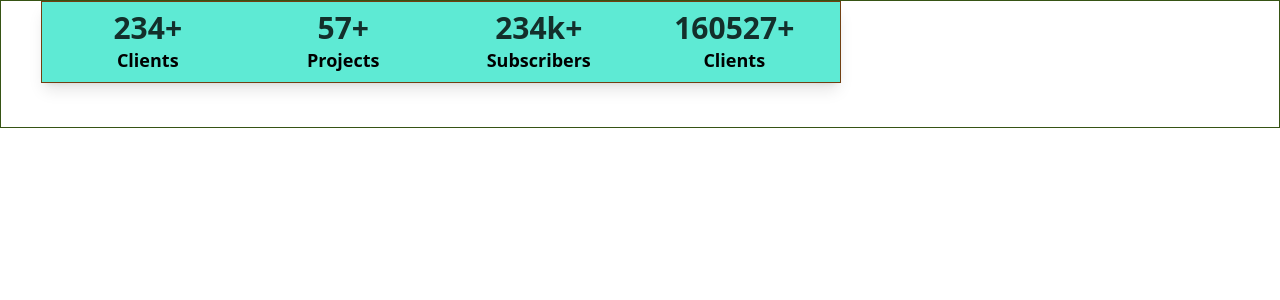
Repository: Kish202/Coz-Marketing-Site
Page: / (app in frontend/)
The author's editor kept a copy of each file at every save. The page is drawn from the files as they stood at one save, then again after the next save.
The browser window is 1280 px wide. The pictures show the whole page.
The project was rebuilt for these pictures with package versions that can differ from the ones it lists, and the page was loaded fresh each time. Also part of the build but not shown: frontend/vite.config.js.

Above is the page before, as saved 2025-03-09 12:23:52.

After the next save:
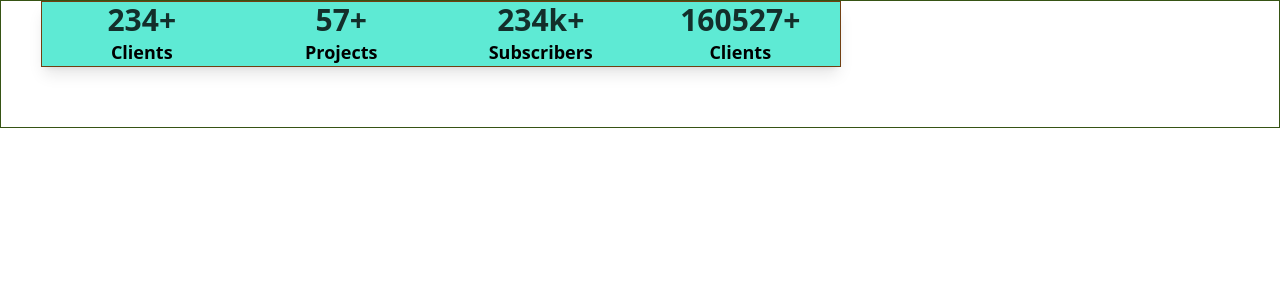
Saved 25 s later.
--- a/frontend/src/components/Service/Service.jsx
+++ b/frontend/src/components/Service/Service.jsx
@@ -4,7 +4,7 @@ import CountUp from "react-countup"
 const Service =() =>{
   return (
     <section className="container h-12 md:h-32 border border-lime-900">
-     <div className="grid grid-cols-4 w-full place-items-center  border border-yellow-900 bg-teal-300 p-2 shadow-lg dark:bg-violet-800 dark:text-white/70 md:max-w-[800px] ">
+     <div className="grid grid-cols-4 w-full place-items-center  border border-yellow-900 bg-teal-300  shadow-lg dark:bg-violet-800 dark:text-white/70 md:max-w-[800px] ">
     <div className="flex flex-col items-center justify-center " >
 
 
